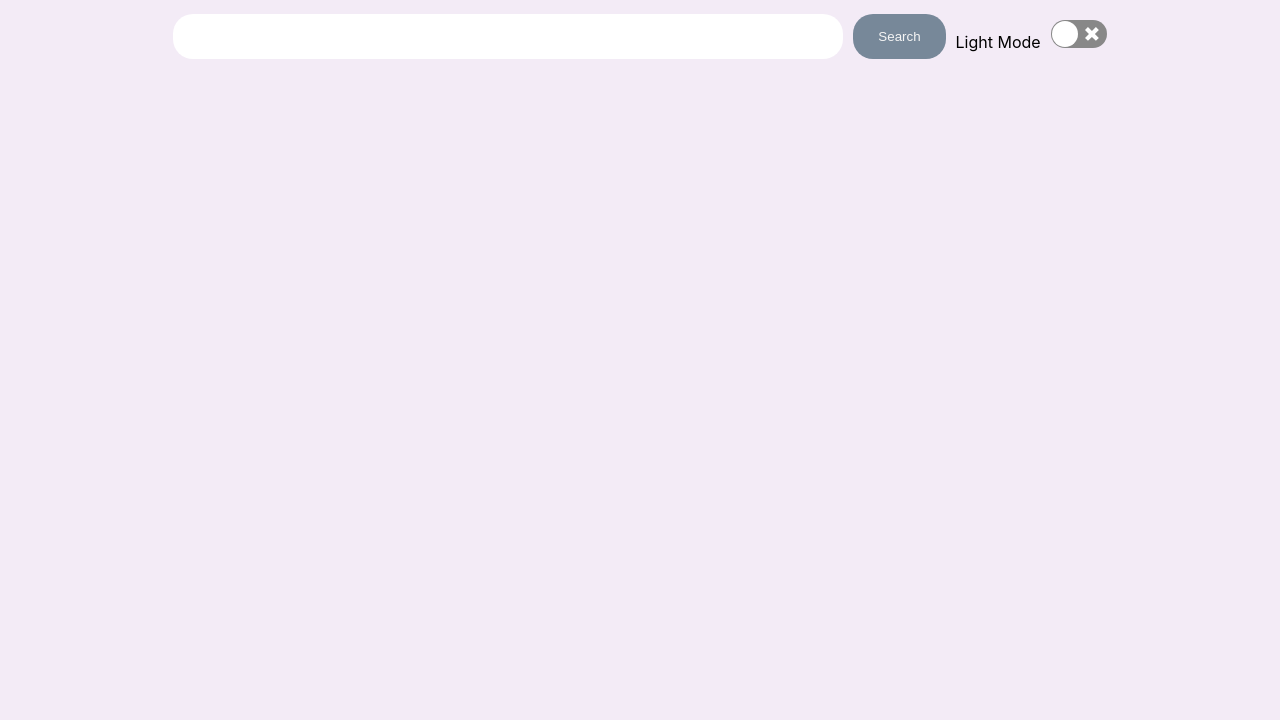
Repository: HunterX-21/Recipe-webApp
Page: /, after clicking the first element matching `div.react-switch-bg`
The author's editor kept a copy of each file at every save. The page is drawn from the files as they stood at one save, then again after the next save.
The browser window is 1280 px wide. The pictures show the whole page.
The page's requests for data from a server got no answer. The project was rebuilt for these pictures with package versions that can differ from the ones it lists, and the page was loaded fresh each time. No one was signed in, and anything a server would have sent is missing. Also part of the build but not shown: src/recipe.module.css, src/Recipes.js.

Above is the page before, as saved 2022-07-07 19:30:15.

### public/index.html
<!DOCTYPE html>
<html lang="en">
  <head>
    <meta charset="utf-8" />
    <link rel="icon" href="%PUBLIC_URL%/favicon.ico" />
    <meta name="viewport" content="width=device-width, initial-scale=1" />
    <meta name="theme-color" content="#000000" />
    <meta
      name="description"
      content="Web site created using create-react-app"
    />
    <link rel="apple-touch-icon" href="%PUBLIC_URL%/logo192.png" />
    <!--
      manifest.json provides metadata used when your web app is installed on a
      user's mobile device or desktop. See https://developers.google.com/web/fundamentals/web-app-manifest/
    -->
    <link rel="manifest" href="%PUBLIC_URL%/manifest.json" />
    <!--
      Notice the use of %PUBLIC_URL% in the tags above.
      It will be replaced with the URL of the `public` folder during the build.
      Only files inside the `public` folder can be referenced from the HTML.

      Unlike "/favicon.ico" or "favicon.ico", "%PUBLIC_URL%/favicon.ico" will
      work correctly both with client-side routing and a non-root public URL.
      Learn how to configure a non-root public URL by running `npm run build`.
    -->
    <title>Recify</title>
  </head>
  <body>
    <noscript>You need to enable JavaScript to run this app.</noscript>
    <div id="root"></div>
    <!--
      This HTML file is a template.
      If you open it directly in the browser, you will see an empty page.

      You can add webfonts, meta tags, or analytics to this file.
      The build step will place the bundled scripts into the <body> tag.

      To begin the development, run `npm start` or `yarn start`.
      To create a production bundle, use `npm run build` or `yarn build`.
    -->
  </body>
</html>

### src/App.js
import "./App.css";
import { createContext, useEffect, useState } from "react";
import Recipe from "./Recipes";
import React from "react";
import ReactSwitch from "react-switch";

export const ThemeContext = createContext(null);

const App = () => {
  const APP_ID = "6b1c144c";
  const APP_KEY = "458cc45743dd5428f00b4794732fbd3e";

  const [recipes, setRecipes] = useState([]);
  const [search, setSearch] = useState("");
  const [query, setquery] = useState("chicken");

  useEffect(() => {
    getRecipes();
  }, [query]);

  const getRecipes = async () => {
    const response = await fetch(
      `https://api.edamam.com/search?q=${query}&app_id=${APP_ID}&app_key=${APP_KEY}`
    );
    const data = await response.json();
    setRecipes(data.hits);
    console.log(data.hits);
  };

  const updateSearch = (e) => {
    setSearch(e.target.value);
    console.log(search);
  };

  const getSearch = (e) => {
    e.preventDefault();
    setquery(search);
    setSearch("");
  };

  const [theme, setTheme] = useState("dark");

  const toggleTheme = () => {
    setTheme((curr) => (curr === "light" ? "dark" : "light"));
  };
  return (
    <ThemeContext.Provider value={{ theme, toggleTheme }}>
      <div className="body" id={theme}>
        <header></header>

        <form onSubmit={getSearch} className="search-form">
          <input
            className="search-bar"
            type="text"
            value={search}
            onChange={updateSearch}
          />
          <button className="search-button" type="submit">
            Search
          </button>
          <div className="switch">
            <label>{theme === "light" ? "Light Mode" : "Dark Mode"}</label>
            <ReactSwitch onChange={toggleTheme} checked={theme === "dark"} />
          </div>
        </form>
        <div className="recipes">
          {recipes.map((recipe) => (
            <Recipe
              key={recipe.recipe.label}
              title={recipe.recipe.label}
              calories={recipe.recipe.calories}
              image={recipe.recipe.image}
              ingredients={recipe.recipe.ingredients}
            />
          ))}
        </div>
      </div>
    </ThemeContext.Provider>
  );
};

export default App;

### src/App.css
.body {
  min-height: 100vh;
  color: #1a202c;
  transition: color 0.2s ease-in;
}
#light {
  background-color: #f3ebf6;
}

#dark {
  background-color: #202020;
  color: white;
}

#light .main {
  background-image: linear-gradient(
    45deg,
    #d5dee7 0%,
    #bfa5e9 50%,
    #c9ffbf 100%
  );
}

#dark .main {
  background-color: #202020;
  color: white;
}

switch {
  display: flex;
  width: 100vw;
  height: 100px;
  justify-content: center;
  align-items: center;
}

.switch label {
  margin: 10px;
}

#light .switch label {
  color: black;
}

#dark .switch label {
  color: white;
}

.search-form {
  min-height: 10vh;
  display: flex;
  justify-content: center;
  align-items: center;
}
.search-bar {
  width: 50%;
  border: none;
  padding: 15px;
  border-radius: 20px;
}
.search-button {
  background: lightslategrey;
  border: none;
  padding: 15px 25px;
  color: whitesmoke;
  border-radius: 20px;
  margin-left: 10px;
}
.recipes {
  display: flex;
  justify-content: space-around;
  flex-wrap: wrap;
}
header {
  position: absolute;
}

Loaded but not shown: src/index.js (common file); src/index.css (common file); src/reportWebVitals.js (common file)

After the next save:
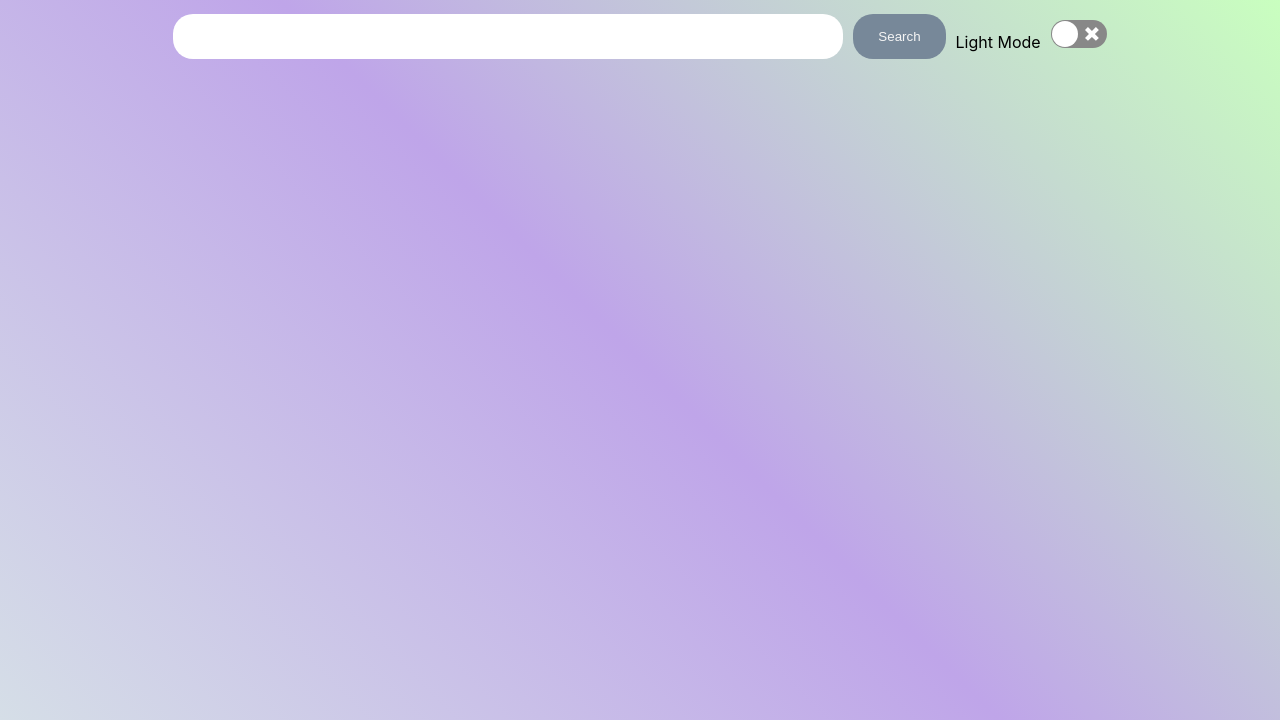
Saved 20 s later.
--- a/src/App.css
+++ b/src/App.css
@@ -4,7 +4,12 @@
   transition: color 0.2s ease-in;
 }
 #light {
-  background-color: #f3ebf6;
+  background-image: linear-gradient(
+    45deg,
+    #d5dee7 0%,
+    #bfa5e9 50%,
+    #c9ffbf 100%
+  );
 }
 
 #dark {
@@ -13,12 +18,6 @@
 }
 
 #light .main {
-  background-image: linear-gradient(
-    45deg,
-    #d5dee7 0%,
-    #bfa5e9 50%,
-    #c9ffbf 100%
-  );
 }
 
 #dark .main {

After the save that followed:
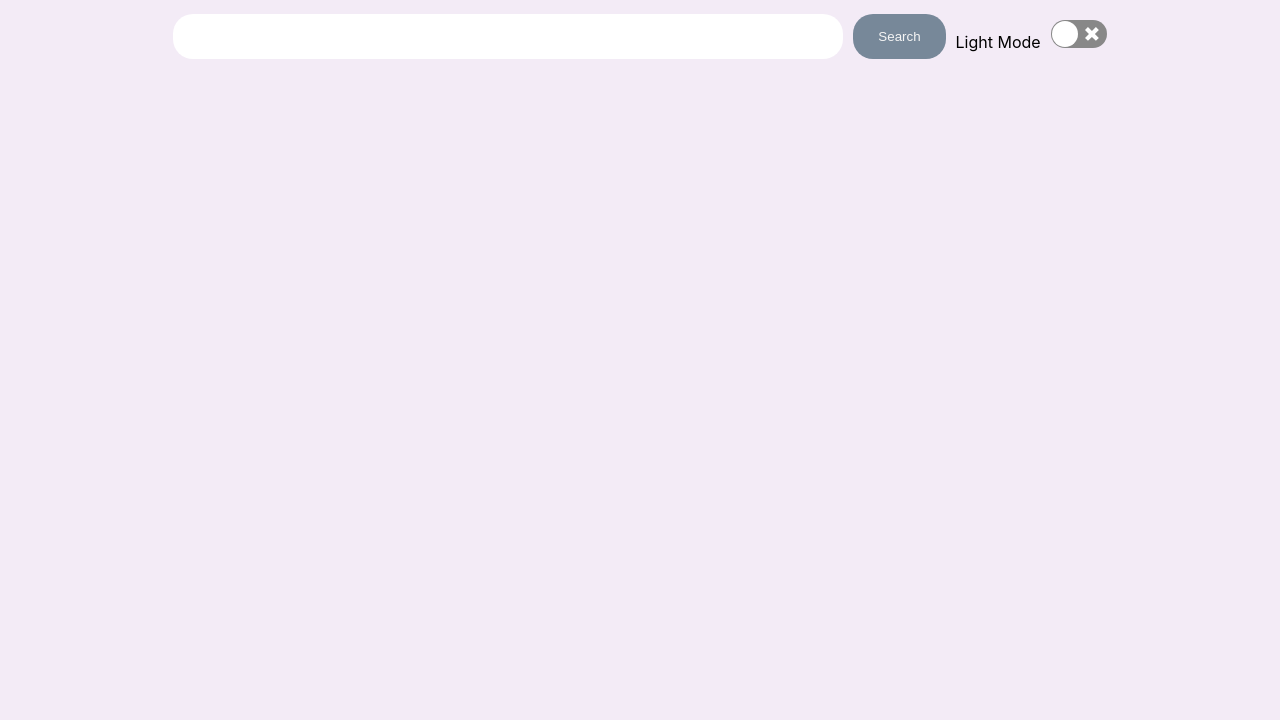
Saved 25 s later.
--- a/src/App.css
+++ b/src/App.css
@@ -4,12 +4,7 @@
   transition: color 0.2s ease-in;
 }
 #light {
-  background-image: linear-gradient(
-    45deg,
-    #d5dee7 0%,
-    #bfa5e9 50%,
-    #c9ffbf 100%
-  );
+  background-color: #f3ebf6;
 }
 
 #dark {
@@ -18,6 +13,7 @@
 }
 
 #light .main {
+  background-color: #fff;
 }
 
 #dark .main {
